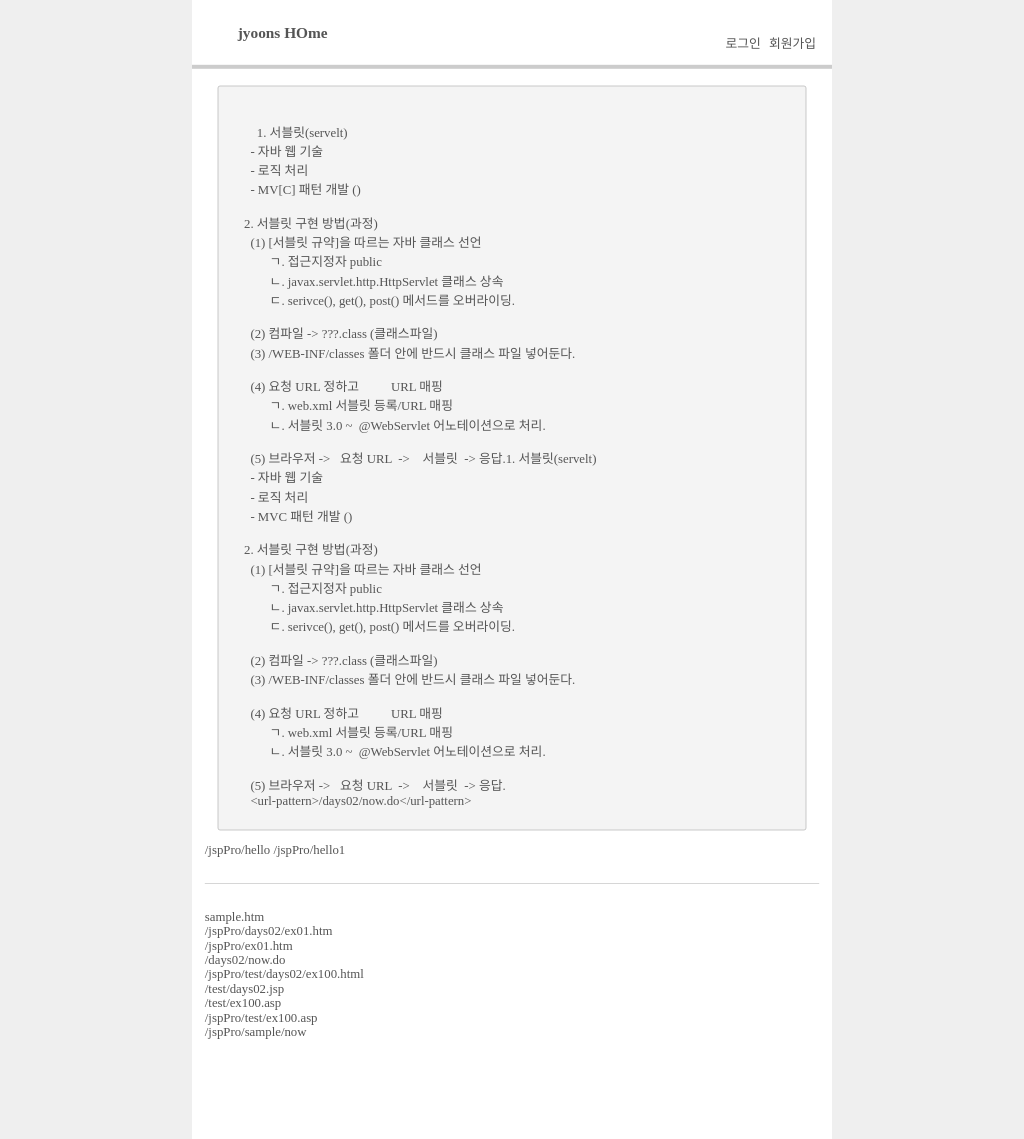
Repository: jyoons00/JSP-sample
Page: http://localhost/jspPro/days02/ex03.jsp
The author's editor kept a copy of each file at every save. The page is drawn from the files as they stood at one save, then again after the next save.
The browser window is 1280 px wide. The pictures show the whole page, at 80% of full size.
Some web fonts or font styles are not loaded; a fallback is used. The page is served by Tomcat 9.

Above is the page before, as saved 2024-10-16 08:14:28.

After the next save:
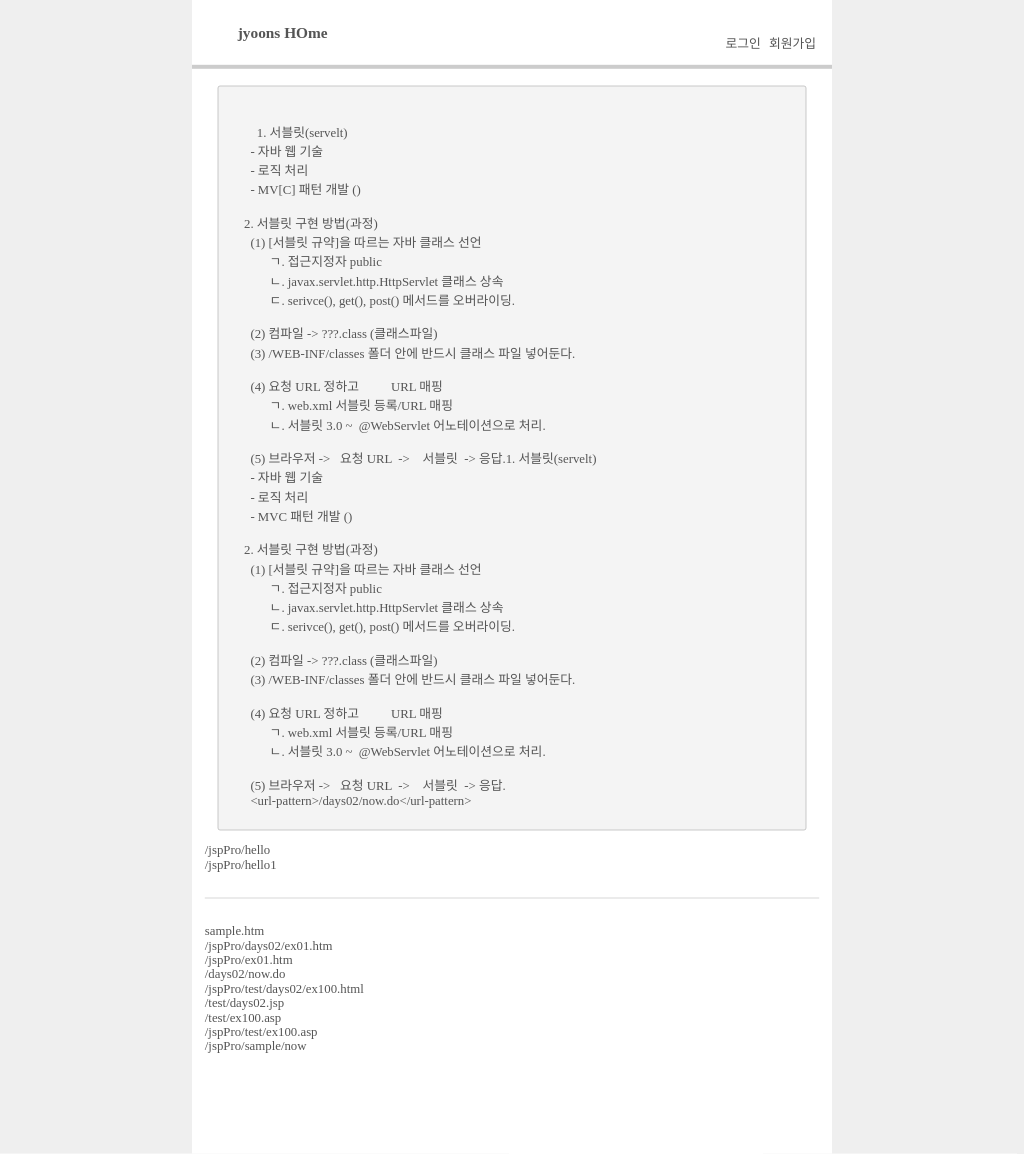
Saved 13 s later.
--- a/jspPro/src/main/webapp/days02/ex03.jsp
+++ b/jspPro/src/main/webapp/days02/ex03.jsp
@@ -75,8 +75,8 @@
       <url-pattern>/days02/now.do</url-pattern>
   	  </xmp>
 
-	  <a href="/jspPro/hello">/jspPro/hello</a>
-	  <a href="/jspPro/hello1">/jspPro/hello1</a>
+	  <a href="/jspPro/hello">/jspPro/hello</a><br>
+	  <a href="/jspPro/hello1">/jspPro/hello1</a><br>
   	  <hr>
 
   	  <a href="sample.htm">sample.htm</a><br>
